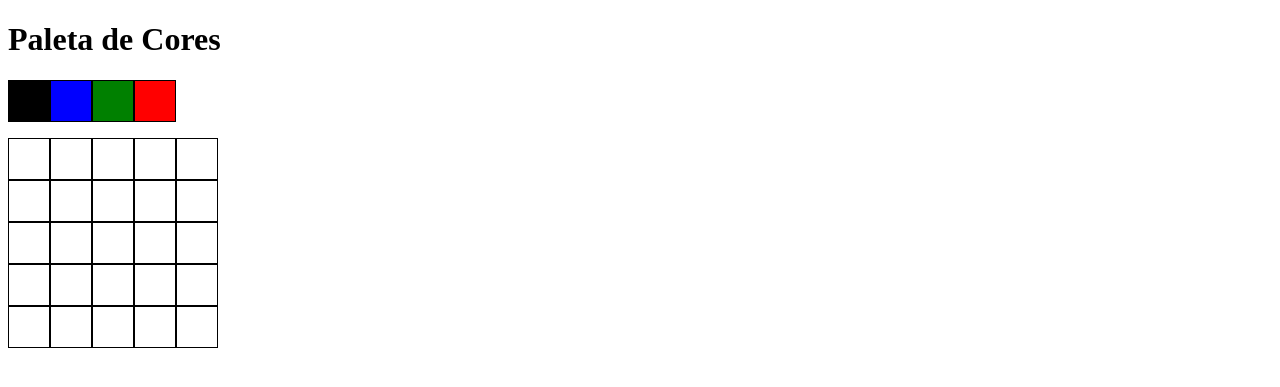
Repository: MuriloColleti/project-Pixer-Art
Page: index.html
The author's editor kept a copy of each file at every save. The page is drawn from the files as they stood at one save, then again after the next save.
The browser window is 1280 px wide. The pictures show the whole page.
After loading, the first visible `div.pixel` was clicked once.

Above is the page before, as saved 2024-02-06 14:30:09.
Console error: TypeError: Cannot set properties of undefined (setting 'backgroundColor')

### index.html
<!DOCTYPE html>
<html lang="en">
<head>
    <meta charset="UTF-8">
    <meta name="viewport" content="width=device-width, initial-scale=1.0">
    <link rel="stylesheet" href="style.css">
    <title>Paleta de Cores</title>
</head>

<body>
    <header> <h1 id="title"> Paleta de Cores </h1> </header>

<div class="pallet-container">
    <div class="square black color"></div>
    <div class="square blue color"></div>
    <div class="square green color"></div>
    <div class="square red color"></div>
</div>
    <main id="pixel-board"></main>

</body>

<script src="script.js"></script>

</html>

### style.css
.black{
    background-color: black;
}

.blue{
    background-color: blue;
}

.red{
    background-color: red;
}

.green{
    background-color: green;
}

.square{
    width: 40px;
    height: 40px;
    border: 1px solid black;
}

.pallet-container{
    display: flex;
    margin-bottom: 1rem;
}

.pixel{
    width: 40px;
    height: 40px;
    border: 1px solid black;
    display: flex;
}

#pixel-board{

    display: flex;
    flex-direction: column;
    justify-content: center;

}

.line{
    display: flex;
}

### script.js
var pixeltable = document.getElementById('pixel-board');

for(linha = 0; linha < 5; linha += 1){

    var newLine = document.createElement('div')
    newLine.classList.add('line')
    pixeltable.appendChild(newLine);

    for(pixel = 0; pixel < 5; pixel += 1){
    var newPixel = document.createElement('div')
    newPixel.classList.add('pixel')
    newPixel.addEventListener('click', paintpixel);
    newLine.appendChild(newPixel)
    }
}

function paintpixel(){
    pixel.style.backgroundColor = 'black';
}

After the next save:
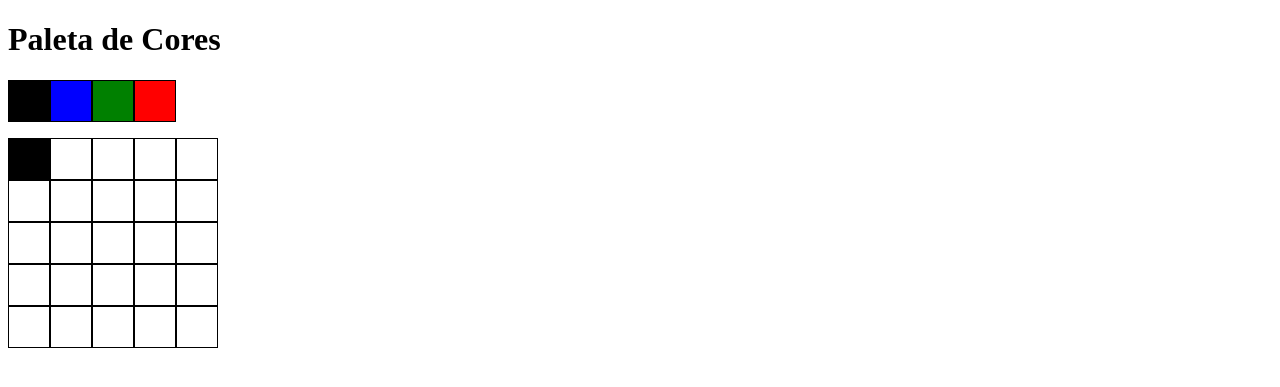
The error is gone.
Saved 8 s later.
--- a/script.js
+++ b/script.js
@@ -15,5 +15,5 @@ for(linha = 0; linha < 5; linha += 1){
 }
 
 function paintpixel(){
-    pixel.style.backgroundColor = 'black';
+    this.style.backgroundColor = 'black';
 }
